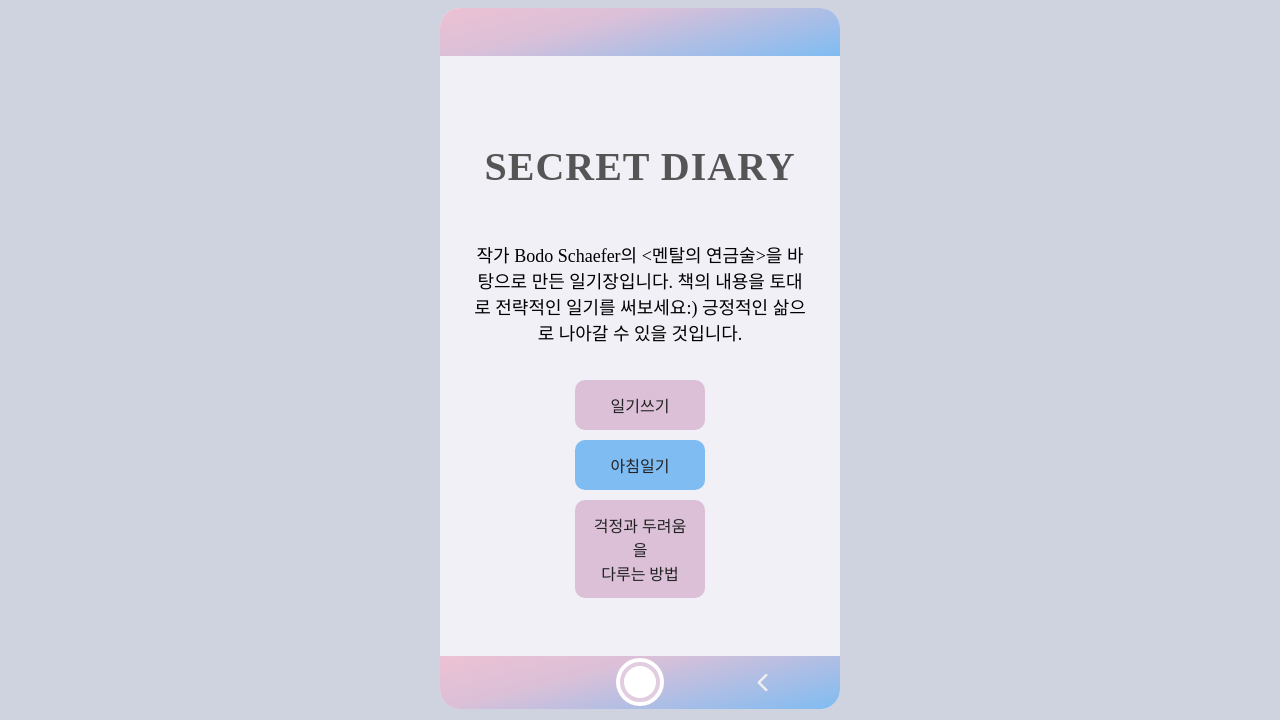
Repository: jinhee196/diary
Page: index.html
These files come from the project's save history. The page is drawn as it stood at one moment and after the next save; the edit follows.
The browser window is 1280 px wide. The pictures show the whole page.
After loading, the first visible `button.note2` was clicked once.
Some web fonts or font styles are not loaded; a fallback is used. Some web libraries are served in a nearby version.

Above is the page before, as saved 2021-06-05 15:35:48.

### index.html
<!DOCTYPE html>
<html lang="ko">
<head>
    <meta charset="UTF-8">
    <meta http-equiv="X-UA-Compatible" content="IE=edge">
    <meta name="viewport" content="width=device-width, initial-scale=1.0">
    <title>secret Note</title>
    <script src="https://kit.fontawesome.com/ef20572bd9.js" crossorigin="anonymous"></script>
    <link rel="stylesheet" href="style.css">
    <link rel="preconnect" href="https://fonts.gstatic.com">
<link href="https://fonts.googleapis.com/css2?family=Hi+Melody&family=Nanum+Brush+Script&display=swap" rel="stylesheet">
    <script src="js/main.js" defer></script>
    <script src="js/data.js"></script>
</head>
<body>
  <div class="container">
      <header class="header"></header>

      <section id="main">
        <h1 class="main__title">SECRET DIARY</h1>
        <p class="main__desc">작가 Bodo Schaefer의 &#60;멘탈의 연금술&#62;을 바탕으로 만든 일기장입니다.
                              책의 내용을 토대로 전략적인 일기를 써보세요:) 긍정적인 삶으로 나아갈 수 있을 것입니다. </p>
        <button class="note1">일기쓰기</button>
        <button class="note2">아침일기</button>
        <button class="note3">걱정과 두려움을 <br>다루는 방법</button>
      </section>

      <section id="daily">
        <div class="daily__weather"></div>
        <div class="daily__emotion"></div>
        <div class="daily__Note">
          <button class="daily__submit">완료</button>
          <input class="daily__title" placeholder="제목을 입력하세요"></input>
          <textarea class="daily__text"></textarea>

        </div>
      </section>

      <section id="morning">
        <p class="desc">아침일기는 '오늘 무엇을 할 것인가?'를 정리하는 데 탁월한 효과를 줍니다. 질문에 가볍게 답해가다 보면,
          질문의 답처럼 생각하고 실행할 수 있는 컨디션이 만들어질 것입니다.  </p>
        <ul class="items">
          <li class="item">test</li>
          <li class="item-sub">subtest</li>
        </ul>
        <div class="message">
        <input type="text" class="footer__input" />
        <button class="footer__submit">보내기</button>
        </div>
    </section>

    <section id="list">
      <p class="desc">두려움과 걱정의 목록들을 리스트로 만들고 지속적으로 업데이트하세요.
        구체적으로 작성해 두려움을 잘게 쪼개다보면 엄습하는 두려움을 무력화시킬 수 있을 것입니다. </p>
      <ul class="items">
        <!-- <li class="item">test</li>
        <li class="item-sub">subtest</li> -->
      </ul>
      <div class="message">
      <input type="text" class="footer__input" />
      <button class="footer__submit">보내기</button>
      </div>
  </section>

    <footer class="footer">
      <button class="footer__button">
        <div class="circle"></div>
       </button>
       <i class="fas fa-chevron-left"></i>
     </footer>
  </div>
</body>
</html>

### style.css
* {
  box-sizing: border-box;
  font-family: "Hi Melody", cursive;
}
ul {
  padding: 0;
}

button {
  outline: none;
  background: transparent;
  border: none;
  cursor: pointer;
}
body {
  background-color: #ced3df;
  text-align: center;
}

section {
  height: 600px;
}
.container {
  width: 400px;
  margin: auto;
  background-color: #f1f0f7;
  border-radius: 20px;
}

.header {
  height: 48px;
  padding: 8px;
  font-size: 24px;
  background: rgba(237, 193, 211);

  background: linear-gradient(
    166deg,
    rgba(237, 193, 211, 1) 0%,
    rgba(219, 192, 216, 1) 35%,
    rgba(127, 188, 242, 1) 100%
  );

  border-radius: 20px 20px 0 0;
  color: #fff;
}

#main {
  display: flex; /*flex*/
  flex-direction: column;
  justify-content: center;
  align-items: center;
  overflow: hidden;
}
.main__title {
  font-family: "Nanum Brush Script", cursive;
  letter-spacing: 1px;
  font-size: 40px;
  color: #555;
}
.main__desc {
  padding: 0 30px;
  font-size: 18px;
  margin-bottom: 30px;
}
#main button {
  width: 130px;
  padding: 13px 15px;
  margin: 5px 0;
  border-radius: 10px;
  color: #222;
  font-size: 16px;
  transition: transform 300ms;
}
#main button:hover {
  transform: scale(1.1);
}
.note1 {
  background-color: rgba(219, 192, 216, 1);
}
.note2 {
  background-color: rgba(127, 188, 242, 1);
}
.note3 {
  background-color: rgba(219, 192, 216, 1);
}

#daily {
  display: none;
}
.daily__weather {
  display: none;
}
.daily__emotion {
  display: none;
  position: relative;
}
.daily__Note {
  display: none;
  width: 100%;
  height: 100%;
}
.daily__title {
  width: 100%;
  height: 10%;
  outline: none;
  padding: 20px;
  font-size: 22px;
  border: none;
  border-bottom: 1px solid #ddd;
}
.daily__text {
  width: 100%;
  height: 85%;
  line-height: 1.6;
  padding: 20px;
  outline: none;
  border: none;
  resize: none;
  font-size: 18px;
}
.daily__submit {
  height: 5%;
  font-size: 16px;
  color: #555;
  float: right;
  margin-right: 10px;
}
.daily__submit:hover {
  color: rgb(255, 110, 238);
}
#morning {
  display: none;
  overflow: hidden;
}
#list {
  display: none;
  overflow: hidden;
}
.desc {
  width: 370px;
  height: 60px;
  font-size: 12px;
  text-align: left;
  padding: 8px 30px;
  margin: 15px auto 0;
  background-color: #fff;
  border-radius: 5px;
  line-height: 1.4;
}
.items {
  height: 495px;
  overflow-y: auto;
  margin: 0;
  font-size: 20px;
}

.item {
  padding: 8px 15px;
  margin: 10px;
  border-radius: 15px;
  background: rgba(237, 193, 211);
  display: inline-block;
  float: left;
  clear: both;
}
.item-sub {
  padding: 8px 15px;
  margin: 10px;
  border-radius: 15px;
  background: rgba(127, 188, 242, 1);
  display: inline-block;
  float: right;
  clear: both;
}

.footer {
  background: rgba(237, 193, 211);

  background: linear-gradient(
    166deg,
    rgba(237, 193, 211, 1) 0%,
    rgba(219, 192, 216, 1) 35%,
    rgba(127, 188, 242, 1) 100%
  );
  border-radius: 0 0 20px 20px;
  position: relative;
}
.message {
  width: 100%;
}
.footer__input {
  width: 88%;
  height: 32px;
  border: none;
  outline: none;
  font-size: 20px;
  font-weight: 400;
  padding: 0 16px;
  float: left;
  border-top: 1px solid rgba(237, 193, 211);
}

.footer__submit {
  width: 12%;
  height: 32px;
  float: right;
  background-color: rgba(237, 193, 211);
  font-size: 11px;
  padding: 0;
}
.footer__button {
  width: 48px;
  height: 48px;
  background-color: #fff;
  border-radius: 50%;
  transition: transform 300ms ease-in;
  margin-top: 2px;
}
.circle {
  width: 40px;
  height: 40px;
  border: 4px solid rgba(219, 192, 216, 0.8);
  border-radius: 50%;
  margin-left: -2px;
}
.fa-chevron-left {
  font-size: 20px;
  color: #eee;
  position: absolute;
  right: 70px;
  top: 50%;
  transform: translateY(-50%);
  cursor: pointer;
}
.footer__button:hover {
  transform: scale(1.1);
}

### js/data.js
const morningList = [
  {
    q: '1. 나는 오늘 어떤 점이 가장 행복하겠는가?'
  },
  {
    q: '2. 오늘 내게 가장 큰 동기부여를 해주는 것은 무엇인가?'
  },
  {
    q: '3.오늘 무엇에 가장 감사해야 하겠는가?'
  },
  {
    q: '4.오늘 내게 직언과 조언을 해줄 사람들은 누구인가?'
  },
  {
    q: '5. 오늘 내 컨디션으로 볼 때 가장 잘해낼 것 같은 일은 무엇인가?'
  },
  {
    q: '6. 오늘 내가 꼭 알아야 할 것은 무엇인가?'
  },
  {
    q: '7. 오늘 두려움과 긴장을 유쾌하게 다뤄줄 필살기는 무엇인가?'
  },
  {
    q: '8. 오늘 꼭 해야할 과제 한 가지는 무엇인가?'
  }
]

const qnaList = [
  {
    q: '지금 가장 두려운 것이 무엇입니까?'
  },
  {
    q: '그것이 왜 두려우십니까? 구체적으로 작성해보세요.'
  },
  {
    q: '가장 큰 두려움에서부터 사소한 걱정까지 낱낱이 기록하세요.'
  }
]

const dailyNote = [
  {
    q: '지금의 날씨를 선택해주세요',
    a: [
      { answer: 'images/weather-icon-set_03.png'},
      { answer: 'images/weather-icon-set_05.png' },
      { answer: 'images/weather-icon-set_07.png' },
      { answer: 'images/weather-icon-set_13.png' },
      { answer: 'images/weather-icon-set_17.png' },
      { answer: 'images/weather-icon-set_21.png' },
    ]
  },
  {
    q: '지금의 기분을 골라보세요',
    a: [
      { answer: 'images/emtion_03.png' },
      { answer: 'images/emtion_05.png' },
      { answer: 'images/emtion_07.png' },
      { answer: 'images/emtion_12.png' },
      { answer: 'images/emtion_13.png' },
      { answer: 'images/emtion_14.png' },
      { answer: 'images/emtion_18.png' },
      { answer: 'images/emtion_19.png' },
      { answer: 'images/emtion_20.png' },
    ]
  }
]

### js/main.js
const note1 = document.querySelector('.note1');
const note2 = document.querySelector('.note2');
const note3 = document.querySelector('.note3');

const morning = document.querySelector('#morning');
// note1.addEventListener('click', () => {

// });

note2.addEventListener('click', ()=>{

});

After the next save:
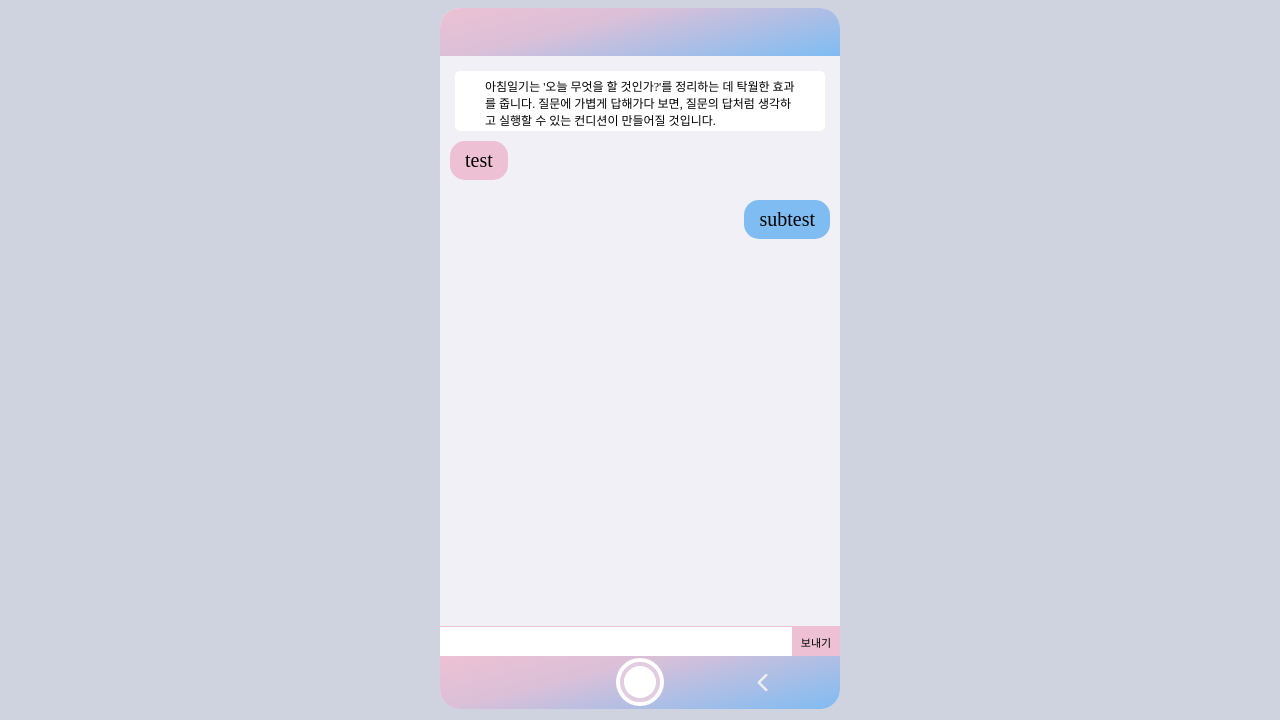
Saved 113 s later.
--- a/js/main.js
+++ b/js/main.js
@@ -2,11 +2,14 @@
 const note2 = document.querySelector('.note2');
 const note3 = document.querySelector('.note3');
 
+const main = document.querySelector('#main');
 const morning = document.querySelector('#morning');
 // note1.addEventListener('click', () => {
 
 // });
 
 note2.addEventListener('click', ()=>{
+      main.style.display = 'none';
+      morning.style.display = 'block';
 
 });

After the 4 saves that followed:
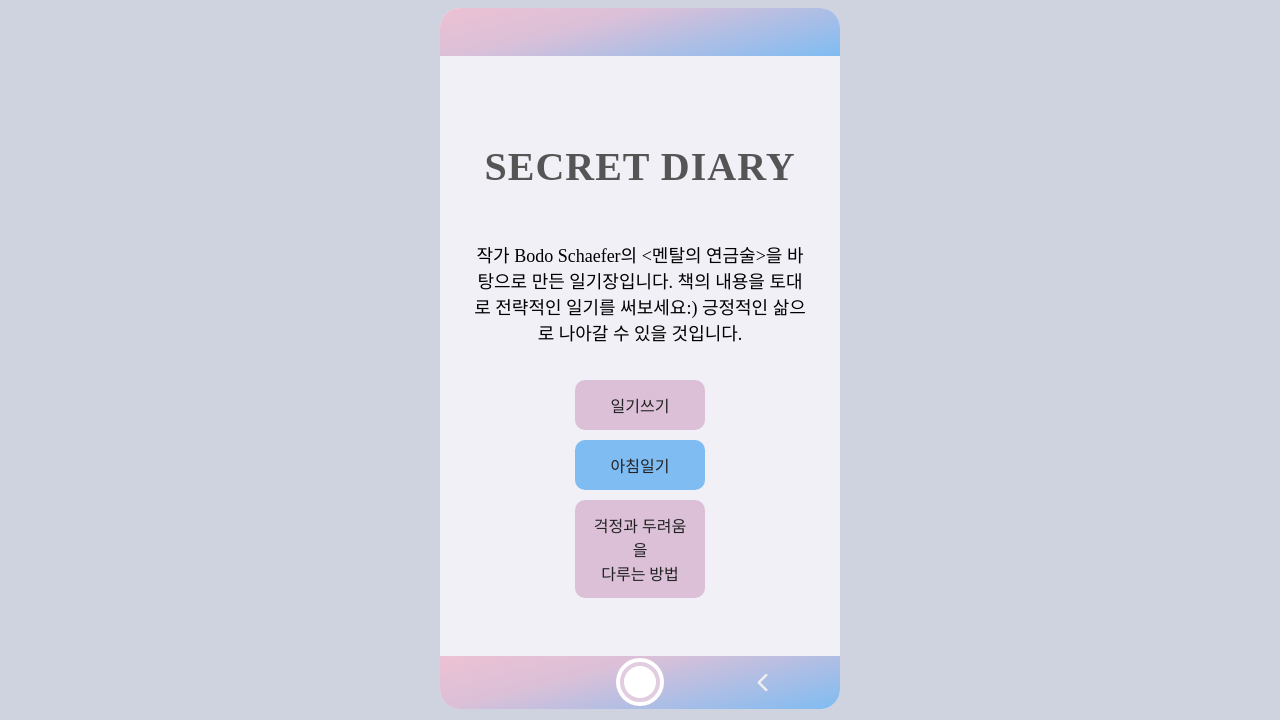
Console error: ReferenceError: target is not defined
The 4 saves are shown as one change because 3 left the picture as it was.
The last was saved 7 min 38 s later.
--- a/style.css
+++ b/style.css
@@ -235,3 +235,13 @@ section {
 .footer__button:hover {
   transform: scale(1.1);
 }
+
+.fadeIn {
+  animation: fadeIn;
+  animation-duration: 1s;
+}
+
+.fadeOut {
+  animation: fadeOut;
+  animation-duration: 1s;
+}
--- a/js/main.js
+++ b/js/main.js
@@ -4,12 +4,46 @@
 
 const main = document.querySelector('#main');
 const morning = document.querySelector('#morning');
+const list = document.querySelector('#list');
 // note1.addEventListener('click', () => {
 
 // });
 
 note2.addEventListener('click', ()=>{
-      main.style.display = 'none';
-      morning.style.display = 'block';
+    main.style.animation = "fadeOut 1s";
+    setTimeout(() => {
+      target.style.animation = "fadeIn 1s";
+      setTimeout(() => {
+        main.style.display = "none";
+        qna.style.display = "block"
+      }, 450)
+      let qIdx = 0;
+      goNext(qIdx);
+    }, 450);
+});
 
+note3.addEventListener('click', ()=>{
+    main.style.animation = "fadeOut 1s";
+    setTimeout(() => {
+      qna.style.animation = "fadeIn 1s";
+      setTimeout(() => {
+        main.style.display = "none";
+        qna.style.display = "block"
+      }, 450)
+      let qIdx = 0;
+      goNext(qIdx);
+    }, 450);
 });
+
+function begin(){
+    main.style.animation = "fadeOut 1s";
+    setTimeout(() => {
+      qna.style.animation = "fadeIn 1s";
+      setTimeout(() => {
+        main.style.display = "none";
+        qna.style.display = "block"
+      }, 450)
+      let qIdx = 0;
+      goNext(qIdx);
+    }, 450);
+  }
